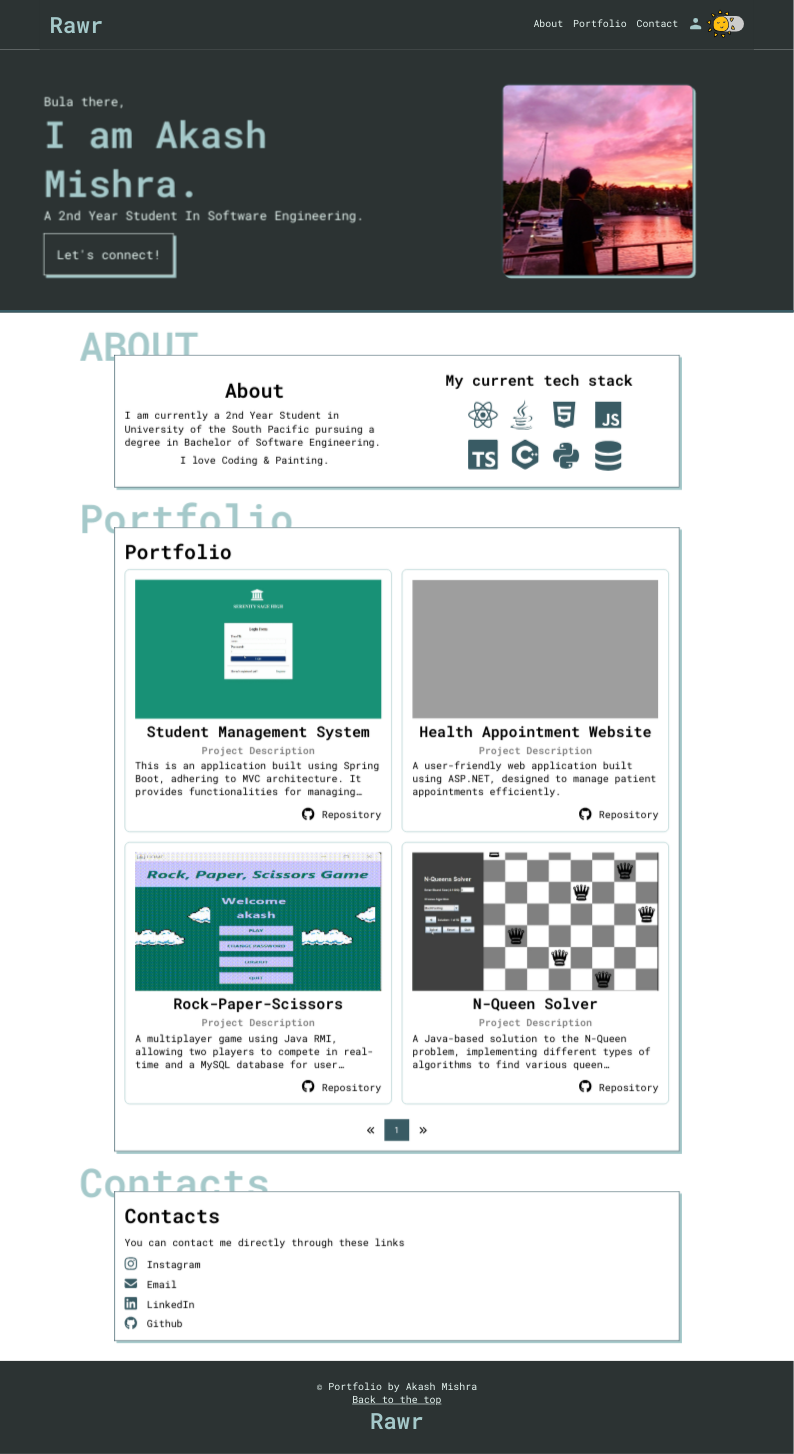
Repository: akashrawr/portfolio
Page: /
An editor plug-in stored every save of this project. The page is shown before and after the next save, followed by the edit.
The browser window is 1280 px wide. The pictures show the whole page, at 62% of full size.
Pictures or frames that could not be fetched are drawn as grey boxes. The project was rebuilt for these pictures with package versions that can differ from the ones it lists, and the page was loaded fresh each time.

Above is the page before, as saved 2025-01-01 21:01:44.

### public/index.html
<!DOCTYPE html>
<html lang="en">
  <head>
    <meta charset="utf-8" />
    <link rel="icon" href="%PUBLIC_URL%/favicon.ico" />
    <meta name="viewport" content="width=device-width, initial-scale=1" />
    <meta name="theme-color" content="#000000" />
    <meta
      name="description"
      content="Personal web Portfolio"
    />
    <link rel="apple-touch-icon" href="%PUBLIC_URL%/logo192.png" />
    <!--
      manifest.json provides metadata used when your web app is installed on a
      user's mobile device or desktop. See https://developers.google.com/web/fundamentals/web-app-manifest/
    -->
    <link rel="manifest" href="%PUBLIC_URL%/manifest.json" />
    <!--
      Notice the use of %PUBLIC_URL% in the tags above.
      It will be replaced with the URL of the `public` folder during the build.
      Only files inside the `public` folder can be referenced from the HTML.

      Unlike "/favicon.ico" or "favicon.ico", "%PUBLIC_URL%/favicon.ico" will
      work correctly both with client-side routing and a non-root public URL.
      Learn how to configure a non-root public URL by running `npm run build`.
    -->
    <title>akashrawr</title>
  </head>
  <body>
    <noscript>You need to enable JavaScript to run this app.</noscript>
    <div id="root"></div>
    <!--
      This HTML file is a template.
      If you open it directly in the browser, you will see an empty page.

      You can add webfonts, meta tags, or analytics to this file.
      The build step will place the bundled scripts into the <body> tag.

      To begin the development, run `npm start` or `yarn start`.
      To create a production bundle, use `npm run build` or `yarn build`.
    -->
  </body>
</html>

### src/App.js
import React, { useState, useEffect } from 'react';
import './App.css';
import AOS from 'aos';
import 'aos/dist/aos.css';

// Import components
import Header from './components/Header';
import Hero from './components/Hero';
import About from './components/About';
import Portfolio from './components/Portfolio';
import Contact from './components/Contact';
import Footer from './components/Footer';

function App() {
  useEffect(() => {
    AOS.init({ once: true, delay: 0 });
  }, []);

  const [isNavVisible, setIsNavVisible] = useState(false);
  const [darkMode, setDarkMode] = useState(false);

  const toggleNav = () => {
    setIsNavVisible(!isNavVisible);
  };

  const toggleDarkMode = () => {
    setDarkMode(!darkMode);
    document.body.classList.toggle('dark-mode', !darkMode);
  };

  return (
    <div>
      <Header
        isNavVisible={isNavVisible}
        toggleNav={toggleNav}
        darkMode={darkMode}
        toggleDarkMode={toggleDarkMode}
      />
      <main>

        <Hero />
        <About />
        <Portfolio />
        <Contact />
      </main>
      <Footer />
    </div>
  );
}

export default App;

### src/App.css
@import url("https://fonts.googleapis.com/css2?family=Roboto+Mono:wght@300;400;600&display=swap");

:root {
  --primary-color: #2c3333;
  --secondary-color: #395b64;
  --accent-1: #a5c9ca;
  --accent-2: #e7f6f2;
  --neutral-1: black;
  --neutral-2: white;
  --neutral-3: white;
  --neutral-4: black;
  --icon-1: #395b64;

  --dark-primary-color: #121212;
  --dark-secondary-color: #1f1f1f;
  --dark-accent-1: #6c757d;
  --dark-accent-2: #adb5bd;
  --dark-neutral-1: #ffffff;
  --dark-neutral-2: #121212;
  --dark-neutral-3:#1f1f1f;
  --dark-neutral-4: #938f8f;
  --dark-icon-1: #938f8f;

}

*,
*::after,
*::before {
  margin: 0;
  padding: 0;
  font-family: "Roboto Mono", monospace;
  box-sizing: border-box;


}

html {
  scroll-behavior: smooth;
}

body {
  overflow-x: hidden;
  background-color: var(--neutral-3);
  color: var(--neutral-1);
  font-family: "Roboto Mono", monospace;
}

body.dark-mode {
  --primary-color: var(--dark-primary-color);
  --secondary-color: var(--dark-secondary-color);
  --accent-1: var(--dark-accent-1);
  --accent-2: var(--dark-accent-2);
  --neutral-1: var(--dark-neutral-1);
  --neutral-2: var(--dark-neutral-2);
  --neutral-3: var(--dark-neutral-3);
  --neutral-4: var(--dark-neutral-4);
  --icon-1:var(--dark-icon-1);
}


/* Navbar styles */

header {
  display: flex;
  align-items: center;
  justify-content: center;

  max-width: 100vw;
  background-color: var(--primary-color);
}

a {
  font-size: 14px;
  text-decoration: none;
}

h1 {
  font-family: "Roboto Mono", monospace;
}

.navbar-nav {
  display: flex;
  align-items: center;
  justify-content: space-between;
  background-color: var(--primary-color);
  padding: 1rem;
  width: 90%;
}

.nav-logo {
  grid-column: 1;
}

.nav-logo > h1 {
  font-size: 30px;
  color: var(--accent-1);
}

.primary-nav {
  display: flex;
  list-style: none;
  gap: 16px;

  grid-column: 2;
  justify-self: end;
}

.mobile-nav-toggle {
  display: none;
  cursor: pointer;
}

.nav-link:link,
.nav-link:visited {
  font-size: 16px;
  color: var(--accent-2);

  transition: 300ms ease-in-out;
}

.nav-link:hover {
  font-weight: 600;
  color: var(--accent-1);
}

.user-icon {
  width: 24px;
  height: 24px;
  fill: var(--accent-1);
  transition: fill 0.3s ease;
}

.user-icon:hover {
  fill: var(--accent-1);
}

/* Dark mode toggle button */
.theme-toggle {
  background: none;
  border: none;
  cursor: pointer;
  padding: 8px;
  display: flex;
  align-items: center;
}

.nav-icons {
  --size: 30px;
  width: var(--size);
  aspect-ratio: 1;
  cursor: pointer;
}



@media only screen and (max-width: 35em) {
  .primary-nav {
    position: fixed;
    top: 0;
    right: 0;
    bottom: 0;
    width: 125px;

    flex-direction: column;
    padding: min(15vh, 3rem) 1rem;
    background-color: var(--primary-color);
    border-left: 2px solid rgb(111, 111, 111); /* Add this line for the left border */

    z-index: 9999;

    transform: translateX(100%);
    transition: transform 350ms ease-out;
  }


  .nav-link:link,
  .nav-link:visited {
    font-size: 15px;
    color: var(--accent-1);
  }

  .primary-nav[data-visible="true"] {
    transform: translateX(0%);
  }

  .mobile-nav-toggle[aria-expanded="true"] {
    background: url('data:[embedded picture, 416 characters]') center center no-repeat;
  }

  .mobile-nav-toggle {
    display: block;
    position: absolute;
    background: url('data:[embedded picture, 417 characters]') center center no-repeat;

    width: 1.25rem;
    aspect-ratio: 1;

    border: none;

    top: 1.4rem;
    right: 2.5rem;
    z-index: 10000;

    transition: 250ms ease-in-out;
  }
}

/* Section styles */

section {
  display: flex;
  align-items: center;
  justify-content: center;

  max-width: 100vw;
  position: relative;
}

/* HERO SECTION */
#hero {
  background-color: var(--primary-color);
  border-bottom: 4px solid var(--icon-1);
  padding: 2.2rem;
}

/* Main container for text and image */
.hero-main-container {
  display: flex;
  flex-wrap: wrap;
  align-items: center;
  justify-content: space-between;
  gap: 16px;
}

/* Text Container */
.hero-container {
  flex: 1;
  display: flex;
  flex-direction: column;
  gap: 16px;
  padding: 2.2rem;
  width: 90%;
  height: 350px;
  animation: fade-in 500ms linear forwards;
}

.hero-text-container > h2 {
  font-size: 28px;
  color: var(--accent-1);
}

.hero-text-container > p {
  font-size: 12px;
  color: var(--accent-2);
}

.hero-button {
  align-self: flex-start;

  font-size: 14px;
  padding: 1em;

  color: var(--accent-2);
  background-color: transparent;

  border: 1px solid var(--accent-2);
  box-shadow: 4px 4px 0px var(--accent-1);

  transition: 300ms ease-in-out;
}

.hero-button:hover {
  background-color: var(--accent-2);
  color: var(--primary-color);
  box-shadow: 6px 6px 0px var(--secondary-color);
}

/* Image Container */
.hero-img {
  flex: 1;
  display: flex;
  justify-content: center;
  align-items: center;
}

.hero-image {
  max-width: 55%;
  height: auto;
  border-radius: 10px;
  box-shadow: 0 4px 8px rgba(0, 0, 0, 0.1);
  border: 1px solid var(--secondary-color);
  background-color: var(--neutral-2);
  box-shadow: 4px 4px 0px var(--accent-1);
}


/* Responsive Styles */
@media screen and (max-width: 768px) {
  .hero-main-container {
    flex-direction: column;
  }

  .hero-img {
    margin-top: 20px;
  }

  .hero-text-container {
    text-align: left;
  }
}
.hero-text-container > h2 {
  font-size: 20px;
  color: var(--accent-1);
}
.project-card > h3 {
  font-size: 12px;
  color: var(--secondary-color);
}

/* ABOUT */

#about {
  padding: 2rem;
  margin-top: 36px;
  animation: fade-in 500ms linear forwards;

}

.wave-asset {
  width: 100%;
  position: absolute;

  top: 0;
  left: 0;
}

.about-container {
  display: flex;
  align-items: center;
  justify-content: center;
  background-color: var(--neutral-2);
  width: 90%;
  z-index: 999;
}

.about-card,
.portfolio-card,
.contact-card {
  display: flex;
  flex-direction: column;
  gap: 16px;
  border: 1px solid var(--secondary-color);
  background-color: var(--neutral-2);

  width: 100%;
  padding: 1rem;

  box-shadow: 4px 4px 0px var(--accent-1);
}

.about-content,
.portfolio-content {
  width: 100%;
  display: flex;
  flex-direction: column;
  gap: 8px;
}

.about-content > h2,
.about-content > h3 {
  color: var(--neutral-4);
}

.about-content > p {
  font-size: 12px;
  color: var(--neutral-4);
}

.tech-stack-grid {
  width: 65%;
  display: grid;
  grid-template-columns: repeat(4, 1fr);
  place-items: center;
}

.tech-stack {
  --size: 30px;
  width: var(--size);
  aspect-ratio: 1;
}

/* Portfolio container */

#portfolio {
  padding: 2rem;
  animation: fade-in 500ms linear forwards;
}

.portfolio-container {
  width: 90%;
  z-index: 999;
}

.project-container {
  display: grid;
  grid-template-columns: repeat(2, 1fr);
  gap: 16px;
}

.portfolio-content > h2 {
  color: var(--neutral-4);
}

.project-card {
  display: flex;
  flex-direction: column;
  gap: 4px;

  padding: 1rem;
  border-radius: 8px;
  border: 1px solid var(--accent-1);
}

.project-card > h3 {
  color: var(--neutral-4);
}

.project-card > h5 {
  color: var(--neutral-4);
  opacity: 0.5;
}

.project-card > p {
  font-size: 12px;
  width: 100%;
  display: -webkit-box;
  -webkit-box-orient: vertical;
  -webkit-line-clamp: 3;
  overflow: hidden;
  color: var(--neutral-4);
}

.project-img {
  width: 100%;
  aspect-ratio: 16/9;
}

.project-card-links {
  align-self: flex-end;

  margin-top: 10px;
  display: flex;
  align-items: center;
  gap: 12px;
}

.project-icons {
  --size: 20px;
  width: var(--size);
  aspect-ratio: 1;
}

.project-card-links > a {
  display: flex;
  align-items: center;
  color: var(--neutral-4);
  font-size: 10px;
  gap: 4px;
}

.project-card-links > a:link,
.project-card-links > a:visited {

  color: var(--neutral-4);
}

.project-card-links > a:hover {
  font-weight: 600;
  color: var(--accent-1);
}

/* CONTACT */
#contact {
  padding: 2rem;
  animation: fade-in 500ms linear forwards;
}

.contact-container {
  width: 90%;
  z-index: 999;
}

.contact-card {
  width: 100%;
  gap: 12px;
}
.contact-card > h2 {
    color: var(--neutral-4);
}

.contact-card > p {
  font-size: 12px;
  color: var(--neutral-4);
}

.contact-links {
  display: flex;
  flex-direction: column;
  gap: 8px;
}

.contact-links > a {
  display: flex;
  align-items: center;
  gap: 8px;
}

.contact-links > a:link,
.contact-links > a:visited {
  color: var(--neutral-4);
}

.contact-links > a:hover {
  font-weight: 600;
  color: var(--accent-1);
}
.contact-icons {
  --size: 20px;
  width: var(--size);
  aspect-ratio: 1;
}

/* extras */
.section-highlight {
  font-size: 4rem;
  font-weight: 600;
  opacity: 0.5;
  color: var(--accent-1);

  position: absolute;
  top: 0;
  left: 100px;
}

/* footer */
footer {
  display: flex;
  align-items: center;
  justify-content: center;
  color: var(--accent-2);
  max-width: 100vw;
  background-color: var(--primary-color);
  min-height: 150px;
}

.footer-content {
  text-align: center;
  font-size: 12px;
  width: 90%;

  color: var(--accent-2);
}

.footer-content > a {
  text-decoration: underline;
}

.footer-content > a:link,
.footer-content > a:visited {
  color: var(--accent-2);
}

.footer-content > a:hover {
  color: var(--accent-1);
}
/* media queries */

@media only screen and (max-width: 35em) {
  .hero-container {
    padding: 1rem;
    height: 200px;
  }
  .project-container {
    grid-template-columns: 1fr;
  }
  .tech-stack-grid {
    width: 100%;
  }
  .section-highlight {
    font-size: 3.5rem;
    top: -16px;
    left: 6vw;
  }
}

@media only screen and (min-width: 35em) {
  .hero-container {
    height: 250px;
  }
  .about-container,
  .portfolio-container,
  .contact-container {
    width: 75%;
  }

  .about-card,
  .portfolio-card {
    align-items: center;
    justify-content: center;
    flex-direction: row;
    gap: 20px;
  }

  .section-highlight {
    top: -26px;
    left: 10vw;
  }
}

@media only screen and (min-width: 768px) {
  .nav-logo > h1 {
    font-size: 36px;
  }

  /* hero */
  .hero-container {
    height: 350px;
  }

  .hero-text-container > p {
    font-size: 20px;
  }

  .hero-text-container > h2 {
    font-size: 60px;
  }

  .hero-button {
    font-size: 20px;
  }

  /* about */
  .about-card {
    gap: 40px;
  }

  .about-content > h2 {
    font-size: 32px;
  }

  .about-content > h3 {
    font-size: 24px;
  }

  .about-content > p {
    font-size: 16px;
  }

  .tech-stack-section {
    align-self: flex-start;
    margin-top: 8px;
  }

  .tech-stack {
    --size: 40px;
    width: var(--size);
    aspect-ratio: 1;
  }

  /* portfolio */
  .portfolio-content > h2 {
    font-size: 32px;
  }

  .project-card > h3 {
    font-size: 24px;
  }

  .project-card > h5,
  .project-card > p {
    font-size: 16px;
  }

  .project-card-links > a {
    font-size: 16px;
  }

  /* contacts */
  .contact-card > h2 {
    font-size: 32px;
  }

  .contact-card > p {
    font-size: 16px;
  }

  .contact-links > a {
    font-size: 16px;
  }
  .footer-content,
  .footer-content > a {
    font-size: 16px;
  }
}

@media only screen and (min-width: 1024px) {
  .section-highlight {
    top: -26px;
    left: 10vw;
  }
}

@keyframes fade-in {
  0% {
    opacity: 0;
  }
  100% {
    opacity: 1;
  }
}

/* Adjust specific sections as needed for React-specific behaviors */
.primary-nav.visible {
  transform: translateX(0%);
}

/* The switch - the box around the slider */
.switch {
  position: relative;
  display: inline-block;
  width: 50px;
  height: 25px;
}

/* Hide default HTML checkbox */
.switch input {
  opacity: 0;
  width: 0;
  height: 0;
}

/* The slider */
.slider {
  position: absolute;
  cursor: pointer;
  top: 0;
  left: 0;
  right: 0;
  bottom: 0;
  background-color: #ccc;
  -webkit-transition: .4s;
  transition: .4s;
  border-radius: 25px; /* Rounded edges for the slider */
  display: flex;

  align-items: center;
}

/* Adjust the icon size to 48x48 pixels */
.slider .icon {
  position: absolute;
  width: 48px;
  height: 48px;
  transition: .4s;
}

/* When the input is checked (dark mode is on) */
input:checked + .slider {
  background-color: #3e4346; /* Change background color on check */
}

input:focus + .slider {
  box-shadow: 0 0 1px #2196F3;
}

/* Move the icons when the input is checked (dark mode) */
input:checked + .slider .icon {
  transform: translateX(20px); /* Move the icon to the right */
}

/* Default state (light mode) */
input:not(:checked) + .slider .icon {
  transform: translateX(-15px) translateY(-2px); /* Icon remains in the default position */
  width: 52px; /* Further reduced icon size for very small screens */
  height: 52px; /* Further reduced icon size for very small screens */
}

.about-icon {
  color: var(--icon-1); /* Change to any shade of blue you prefer */
  font-size: 3rem; /* Adjust size as needed */
  margin: 0.5rem;
}

.project-icons {
  margin-right: 0.5rem; /* Space between icon and text */
  font-size: 1.5rem; /* Adjust icon size */
  color: inherit; /* Match the color of the link */
}

.contact-icons {
  margin-right: 0.5rem; /* Space between icon and text */
  font-size: 1.5rem; /* Adjust icon size */
  color: var(--icon-1);
}

/* Responsive Adjustments */
@media (max-width: 768px) {
  .about-icon {
    font-size: 2.5rem; /* Slightly smaller on smaller devices */
    margin: 0.4rem;
  }

  .project-icons {
    font-size: 1.2rem; /* Smaller icon size on smaller screens */
    margin-right: 0.4rem;
  }

  .contact-icons {
    font-size: 1.2rem; /* Smaller icon size on smaller screens */
    margin-right: 0.4rem;
  }
}

@media (max-width: 480px) {
  .about-icon {
    font-size: 2rem; /* Even smaller on very small devices */
    margin: 0.3rem;
  }

  .project-icons {
    font-size: 1rem; /* Further reduced icon size for very small screens */
    margin-right: 0.3rem;
  }

  .contact-icons {
    font-size: 1rem; /* Further reduced icon size for very small screens */
    margin-right: 0.3rem;
  }
}

.pagination {
  display: flex;
  justify-content: center;
  align-items: center;
  margin-top: 1rem;
}

.pagination a {
  color: var(--neutral-4);
  padding: 8px 16px;
  text-decoration: none;
}

.pagination a.active {
  background-color: #395b64;
  color: white;
}

.pagination a:disabled {
  color: grey;
  pointer-events: none;
}

/* Responsive Adjustments */
@media (max-width: 768px) {
  .pagination a {
    padding: 6px 12px; /* Smaller padding for smaller screens */
    font-size: 0.9rem; /* Slightly smaller font size */
  }

  .pagination {
    margin-top: 0.75rem; /* Adjust margin top for smaller screens */
  }
}

@media (max-width: 480px) {
  .pagination a {
    padding: 4px 8px; /* Even smaller padding for very small screens */
    font-size: 0.8rem; /* Smaller font size for very small screens */
  }

  .pagination {
    margin-top: 0.5rem; /* Adjust margin top for very small screens */
  }
}

### src/components/Hero.js
import React from 'react';

function Hero() {
  return (
    <section id="hero">
      <div className="hero-main-container">
        {/* Text and Button Container */}
        <div className="hero-container">
          <div className="hero-text-container" data-aos="fade-up">
            <p>Bula there,</p>
            <h2>I am Akash Mishra.</h2>
            <p>A 2nd Year Student In Software Engineering.</p>
          </div>
          <a href="#contact" className="hero-button" data-aos="fade-up">
            Let's connect!
          </a>
        </div>

        {/* Image Container */}
        <div className="hero-img" data-aos="fade-up">
          <img className="hero-image" src="./assets/images/akash.jpg" alt="akash" />
        </div>
      </div>
    </section>
  );
}

export default Hero;

### src/components/About.js
import React from 'react';
import { FontAwesomeIcon } from '@fortawesome/react-fontawesome';
import { faReact, faJava, faHtml5, faJs, faPython } from '@fortawesome/free-brands-svg-icons';
import { SiTypescript, SiCplusplus } from 'react-icons/si';
import { faDatabase } from '@fortawesome/free-solid-svg-icons';

function About() {
  return (
    <section id="about">
      <div className="section-highlight" data-aos="fade-up">ABOUT</div>
      <div className="about-container" data-aos="fade-up">
        <div className="about-card">
          <section className="about-content">
            <h2>About</h2>
            <p>I am currently a 2nd Year Student in University of the South Pacific pursuing a degree in Bachelor of Software Engineering.</p>
            <p>I love Coding & Painting.</p>
          </section>

          <section className="about-content tech-stack-section">
            <h3>My current tech stack</h3>
            <div className="tech-stack-grid">
              <div className="tech-stack">
                <FontAwesomeIcon icon={faReact} className="about-icon" />
              </div>
              <div className="tech-stack">
                <FontAwesomeIcon icon={faJava} className="about-icon" />
              </div>
              <div className="tech-stack">
                <FontAwesomeIcon icon={faHtml5} className="about-icon" />
              </div>
              <div className="tech-stack">
                <FontAwesomeIcon icon={faJs} className="about-icon" />
              </div>
              <div className="tech-stack">
                <SiTypescript className="about-icon ts-icon" />
              </div>
              <div className="tech-stack">
                <SiCplusplus className="about-icon cpp-icon" />
              </div>
              <div className="tech-stack">
                <FontAwesomeIcon icon={faPython} className="about-icon" />
              </div>
              <div className="tech-stack">
                <FontAwesomeIcon icon={faDatabase} className="about-icon" />
              </div>
            </div>
          </section>
        </div>
      </div>
    </section>
  );
}

export default About;

### src/components/Contact.js
import React from 'react';
import { FontAwesomeIcon } from '@fortawesome/react-fontawesome';
import {
  faInstagram,
  faGithub,
  faLinkedin
} from '@fortawesome/free-brands-svg-icons';
import {
  faEnvelope
} from '@fortawesome/free-solid-svg-icons';

function Contact() {
  return (
    <section id="contact">
      <h2 className="section-highlight" data-aos="fade-up">Contacts</h2>
      <div className="contact-container" data-aos="fade-up">
        <div className="contact-card">
          <h2>Contacts</h2>
          <p>You can contact me directly through these links</p>

          <div className="contact-links">
            <a href="https://www.instagram.com/_acnologxa" className="contact-link">
              <FontAwesomeIcon icon={faInstagram} className="contact-icons" />
              Instagram
            </a>

            <a href="mailto:akashkm553@gmail.com" className="contact-link">
              <FontAwesomeIcon icon={faEnvelope} className="contact-icons" />
              Email
            </a>

            <a href="https://www.linkedin.com/in/akashmishra-rawr" className="contact-link">
              <FontAwesomeIcon icon={faLinkedin} className="contact-icons" />
              LinkedIn
            </a>

            <a href="https://github.com/akashrawr" className="contact-link">
              <FontAwesomeIcon icon={faGithub} className="contact-icons" />
              Github
            </a>
          </div>
        </div>
      </div>
    </section>
  );
}

export default Contact;

### src/components/Footer.js
import React from 'react';

function Footer() {
  return (
    <footer>
      <div className="footer-content">
        © Portfolio by Akash Mishra <br/>
        <a href="#hero">Back to the top</a>
        <div className="nav-logo">
          <h1>Rawr</h1>
        </div>
      </div>

    </footer>
  );
}

export default Footer;

Loaded but not shown: src/index.js (common file); src/index.css (common file); src/reportWebVitals.js (common file); src/components/Header.js (84 lines, source omitted); src/components/Portfolio.js (95 lines, source omitted); src/data/projects.js (76 lines, source omitted)

After the next save:
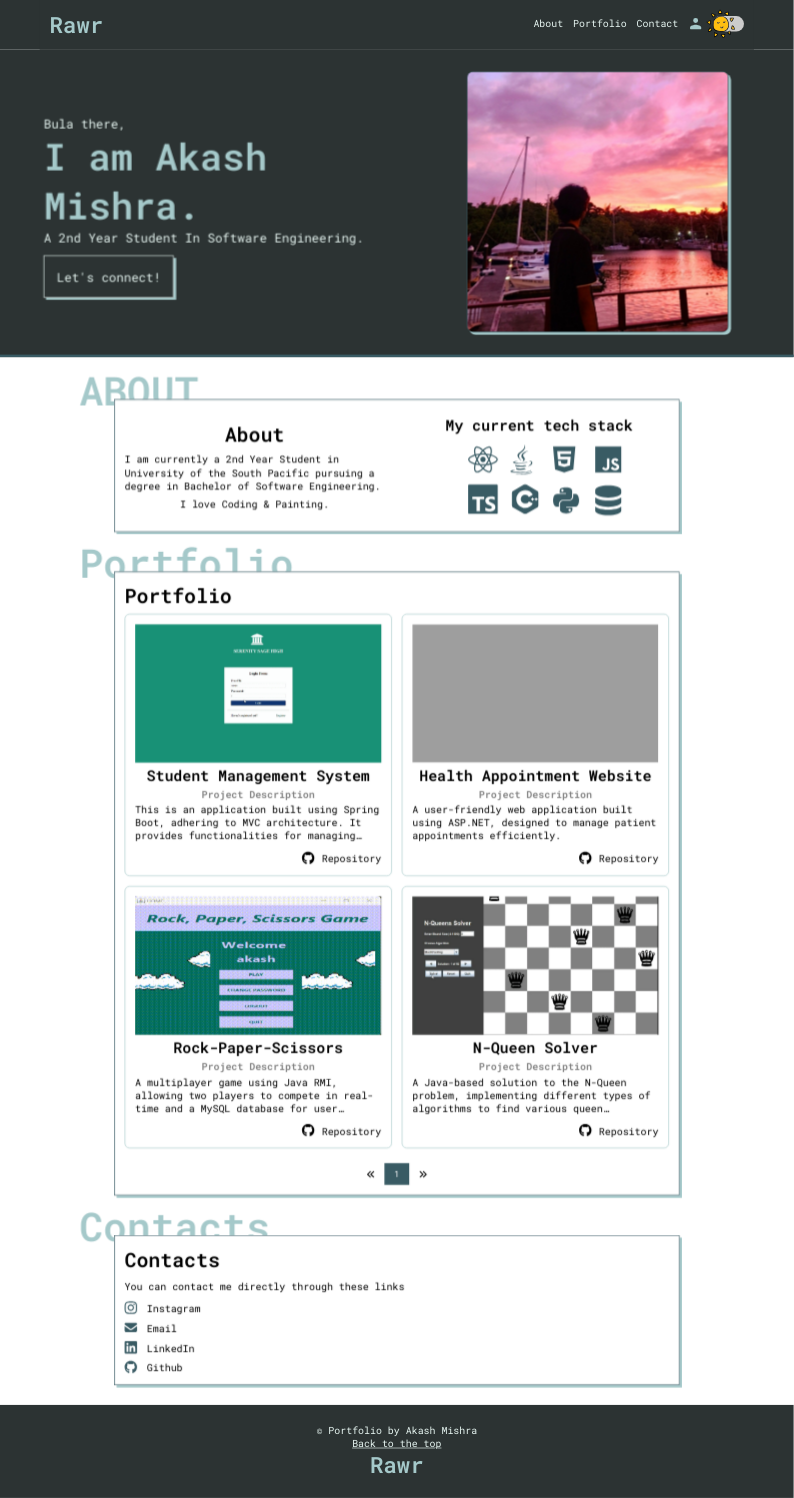
Saved 41 s later.
--- a/src/App.css
+++ b/src/App.css
@@ -284,7 +284,7 @@ section {
 }
 
 .hero-image {
-  max-width: 55%;
+  max-width: 75%;
   height: auto;
   border-radius: 10px;
   box-shadow: 0 4px 8px rgba(0, 0, 0, 0.1);
